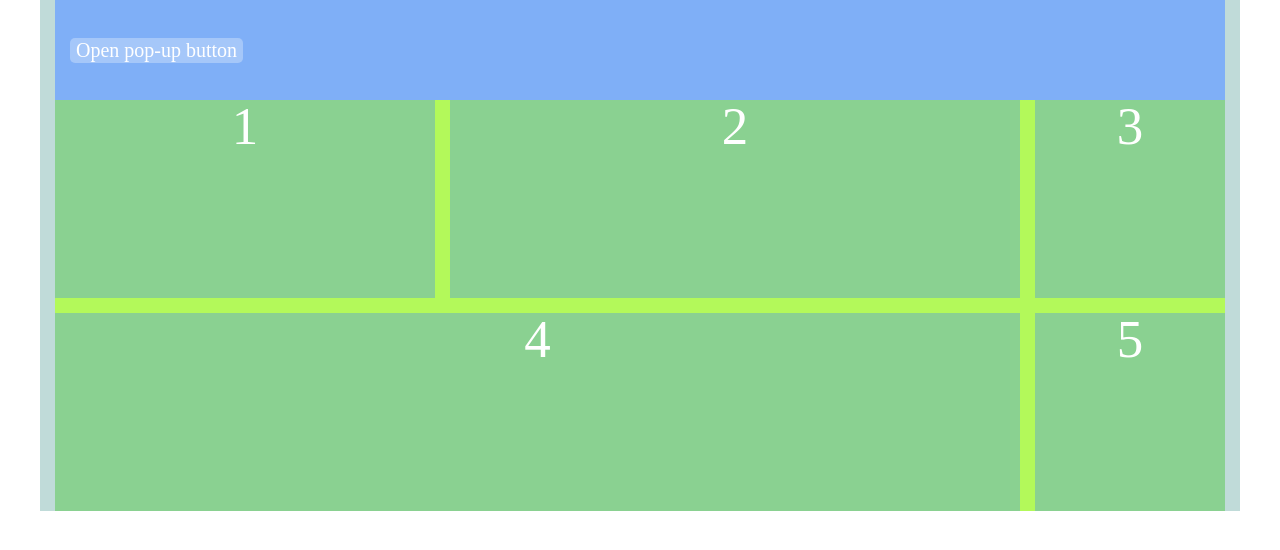
Repository: Evgenius190999999/nodasoft
Page: index.html
The author's editor kept a copy of each file at every save. The page is drawn from the files as they stood at one save, then again after the next save.
The browser window is 1280 px wide. The pictures show the whole page.
Some web libraries are served in a nearby version. The style sheet was rebuilt from its Sass, Less or Tailwind sources for each picture, by a compiler version that may differ from the author's.

Above is the page before, as saved 2022-07-08 14:50:54.

After the next save:
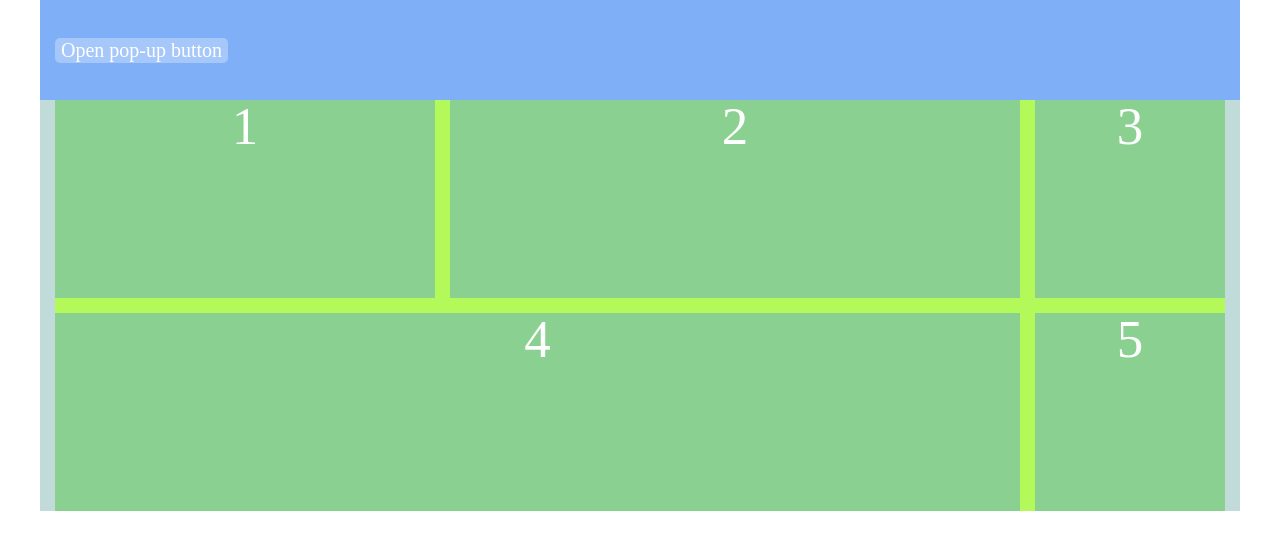
Saved 87 s later.
--- a/index.html
+++ b/index.html
@@ -13,8 +13,8 @@
 </head>
 
 <body>
-    <div class="wrapper ">
-        <header class="header container">
+    <div class="wrapper">
+        <header class="header">
             <button class="open__popup">Open pop-up button</button>
         </header>
         <div class="parent container">
